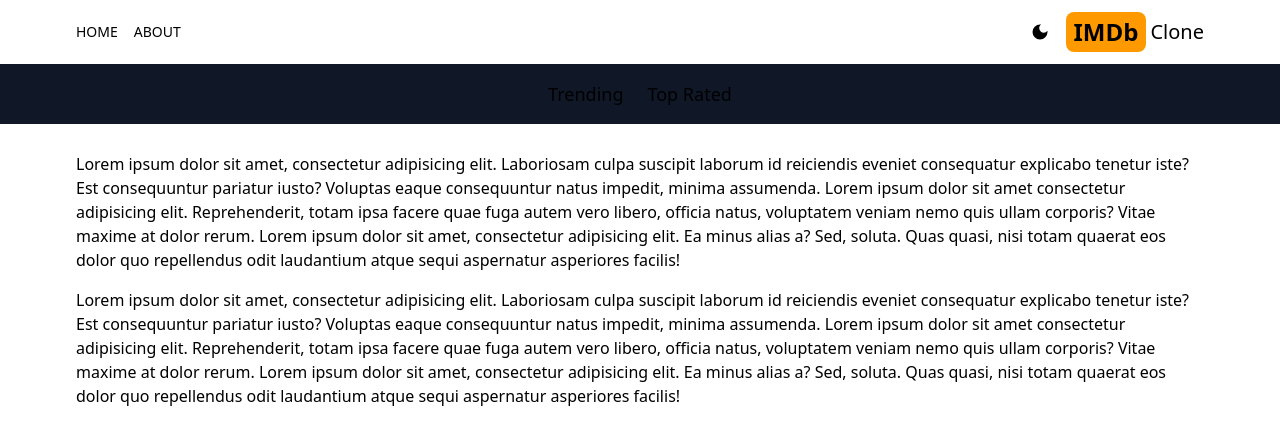
Repository: EmmyDunny1/Imdb-Clone
Page: /About
These files come from the project's save history. The page is drawn as it stood at one moment and after the next save; the edit follows.
The browser window is 1280 px wide. The pictures show the whole page.
The project was rebuilt for these pictures with package versions that can differ from the ones it lists, and the page was loaded fresh each time. The framework's server and built-in components were replaced by stand-ins that run in the browser. Also part of the build but not shown: next.config.mjs.

Above is the page before, as saved 2025-07-24 14:43:25.

### src/app/layout.js
import { Geist, Geist_Mono } from "next/font/google";
import "./globals.css";
import Header from "@/components/Header";
import Providers from "@/app/Providers";
import Navbar from "@/components/Navbar";

const geistSans = Geist({
  variable: "--font-geist-sans",
  subsets: ["latin"],
});

const geistMono = Geist_Mono({
  variable: "--font-geist-mono",
  subsets: ["latin"],
});

export const metadata = {
  title: "imdb-clone",
  description: "Generated By Next",
};

export default function RootLayout({ children }) {
  return (
    <html lang="en" suppressHydrationWarning>
      <body
        className={`${geistSans.variable} ${geistMono.variable} antialiased`}
      >
        <Providers>
        <Header />
        <Navbar />
        {children}
        </Providers>

      </body>
    </html>
  );
}

### src/app/About/page.jsx
'use client'
import React from 'react'

export default function About() {
  return (
    <div className='p-3 space-y-4 max-w-6xl mx-auto'>
      <h1 className='text-2xl font-md'></h1>
      <p>Lorem ipsum dolor sit amet, consectetur adipisicing elit. Laboriosam culpa suscipit laborum id reiciendis eveniet consequatur explicabo tenetur iste? Est consequuntur pariatur iusto? Voluptas eaque consequuntur natus impedit, minima assumenda. Lorem ipsum dolor sit amet consectetur adipisicing elit. Reprehenderit, totam ipsa facere quae fuga autem vero libero, officia natus, voluptatem veniam nemo quis ullam corporis? Vitae maxime at dolor rerum. Lorem ipsum dolor sit amet, consectetur adipisicing elit. Ea minus alias a? Sed, soluta. Quas quasi, nisi totam quaerat eos dolor quo repellendus odit laudantium atque sequi aspernatur asperiores facilis!</p>
      <p>Lorem ipsum dolor sit amet, consectetur adipisicing elit. Laboriosam culpa suscipit laborum id reiciendis eveniet consequatur explicabo tenetur iste? Est consequuntur pariatur iusto? Voluptas eaque consequuntur natus impedit, minima assumenda. Lorem ipsum dolor sit amet consectetur adipisicing elit. Reprehenderit, totam ipsa facere quae fuga autem vero libero, officia natus, voluptatem veniam nemo quis ullam corporis? Vitae maxime at dolor rerum. Lorem ipsum dolor sit amet, consectetur adipisicing elit. Ea minus alias a? Sed, soluta. Quas quasi, nisi totam quaerat eos dolor quo repellendus odit laudantium atque sequi aspernatur asperiores facilis!</p>
    </div>
  )
}

### src/components/Header.jsx
import React from "react";
import MenuItem from "@/components/MenuItem";
import { AiFillHome } from "react-icons/ai";
import { BsFillInfoCircleFill } from "react-icons/bs";
import Link from "next/link";
import DarkModeSwitch from "./DarkModeSwitch";

export default function Header() {
  return (
    <>
      <div className="flex justify-between p-3  max-w-6xl mx-auto ">
        <div className="flex gap-4">
          <MenuItem
            title="home"
            address="/"
            Icon={AiFillHome}
          />
          <MenuItem
            title="about"
            address="/about"
            Icon={BsFillInfoCircleFill}
          />
        </div>
        <div className="flex items-center gap-4">
          <DarkModeSwitch />
          <Link
            href={"/"}
            className="flex gap-1 items-center"
          >
            <span className="px-2  py-1 font-bold bg-amber-500 rounded-lg text-2xl">
              IMDb
            </span>
            <span className=" hidden sm:inline text-xl">Clone</span>
          </Link>
        </div>
      </div>
    </>
  );
}

### src/app/Providers.jsx
"use client";
import { ThemeProvider } from "next-themes";

export default function Providers({ children }) {
  return <ThemeProvider attribute="class">{children}</ThemeProvider>;
}

### src/components/Navbar.jsx
import React from 'react'
import NavbarItem from './NavbarItem'

export default function Navbar() {
  return (
    <div className='flex items-center justify-center gap-6 whitespace-nowrap bg-gray-900 text- dark:bg-gray-700 p-4 lg:text-lg font-medium '>
      <NavbarItem title='Trending' param='fetchTrending'/>
      <NavbarItem title='Top Rated' param='fetchTopRated'/>
    </div>
  )
}

### src/components/MenuItem.jsx
import React from "react";
import Link from "next/link";

export default function MenuItem({ title, address, Icon }) {
  return (
    <Link
      href={address}
      className="hover:text-amber-500 text-2xl"
    >
      <Icon className="text-2xl sm:hidden" />
      <p className="uppercase hidden sm:inline text-sm">{title}</p>
    </Link>
  );
}

### src/components/DarkModeSwitch.jsx
"use client";
import { MdLightMode, MdDarkMode } from "react-icons/md";
import { useTheme } from "next-themes";
import { useEffect, useState } from "react";

import React from "react";

export default function DarkModeSwitch() {
  const { theme, setTheme, systemTheme } = useTheme();
  const [mounted, setMounted] = useState(false);

  useEffect(() => {
    setMounted(true);
  }, []);

  if (!mounted) return null; // Prevent hydration mismatch

  const currentTheme = theme === "system" ? systemTheme : theme;

  return (
    <div>
      {theme &&
        (currentTheme === "dark" ? (
          <MdLightMode
            onClick={() => setTheme("light")}

            className="hover:text-amber-500 text-xl cursor-pointer"
          />
        ) : (
          <MdDarkMode
            onClick={() => setTheme("dark")}
            className="hover:text-amber-500 text-xl cursor-pointer"
          />
        ))}
    </div>
  );
}

### src/components/NavbarItem.jsx
import Link from 'next/link'
import React from 'react'

export default function NavbarItem({title, param}) {
  return (
    <div>
      <Link href={`?/genre=${param}`}>{title}</Link >
    </div>
  )
}

Loaded but not shown: src/app/globals.css (common file)

After the next save:
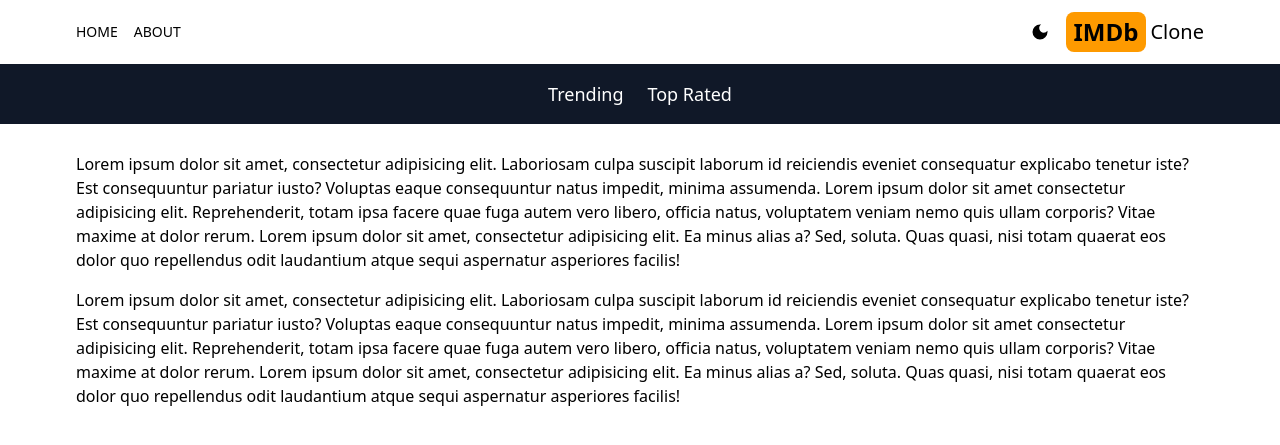
Saved 12 s later.
--- a/src/components/Navbar.jsx
+++ b/src/components/Navbar.jsx
@@ -3,7 +3,7 @@
 
 export default function Navbar() {
   return (
-    <div className='flex items-center justify-center gap-6 whitespace-nowrap bg-gray-900 text- dark:bg-gray-700 p-4 lg:text-lg font-medium '>
+    <div className='flex items-center justify-center gap-6 whitespace-nowrap bg-gray-900 text-white dark:bg-gray-700 p-4 lg:text-lg font-medium '>
       <NavbarItem title='Trending' param='fetchTrending'/>
       <NavbarItem title='Top Rated' param='fetchTopRated'/>
     </div>
